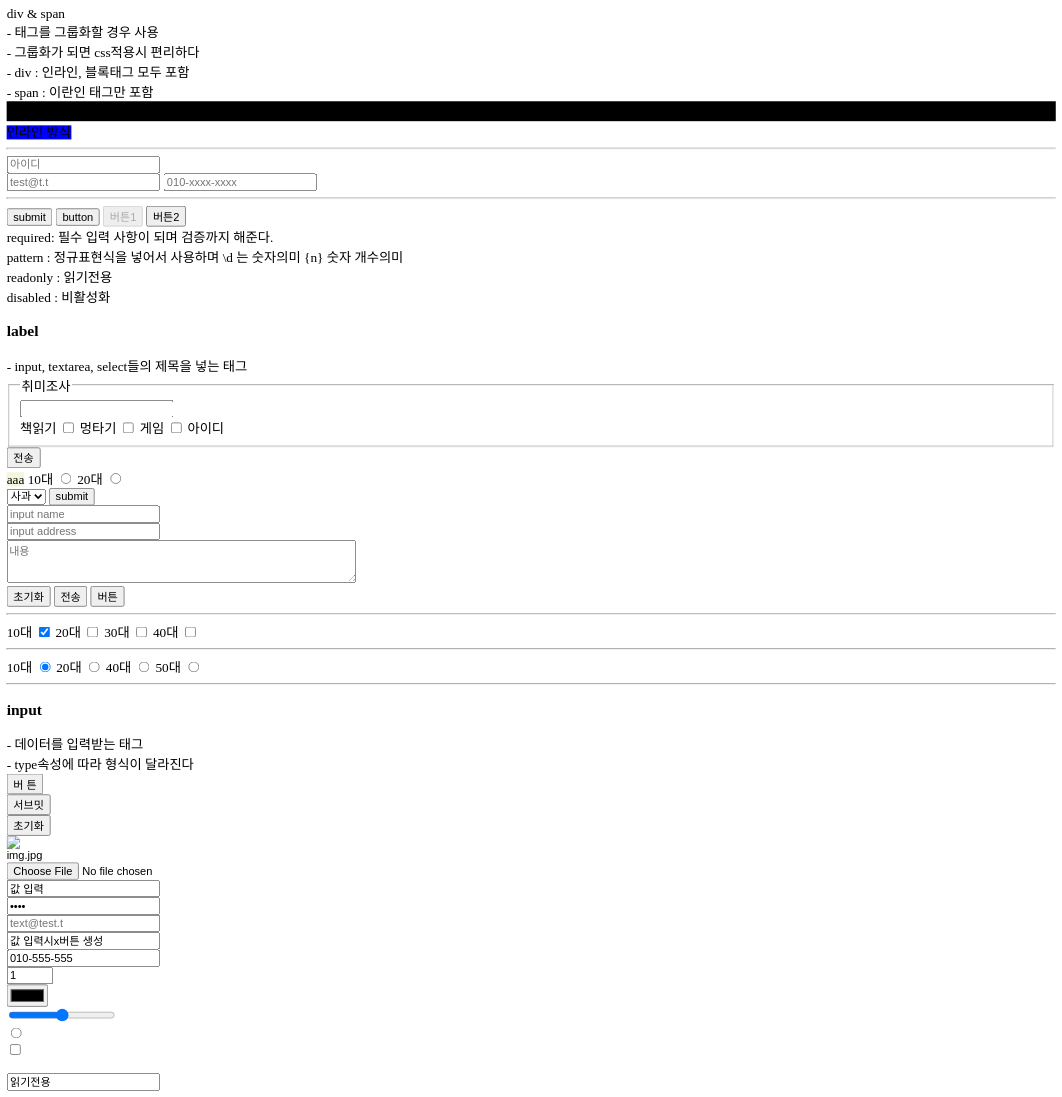
Repository: cleangggg/front
Page: html/ex09.html
An editor plug-in stored every save of this project. The page is shown before and after the next save, followed by the edit.
The browser window is 1280 px wide. The pictures show the whole page, at 83% of full size.

Above is the page before, as saved 2023-05-23 04:24:00.

After the next save:
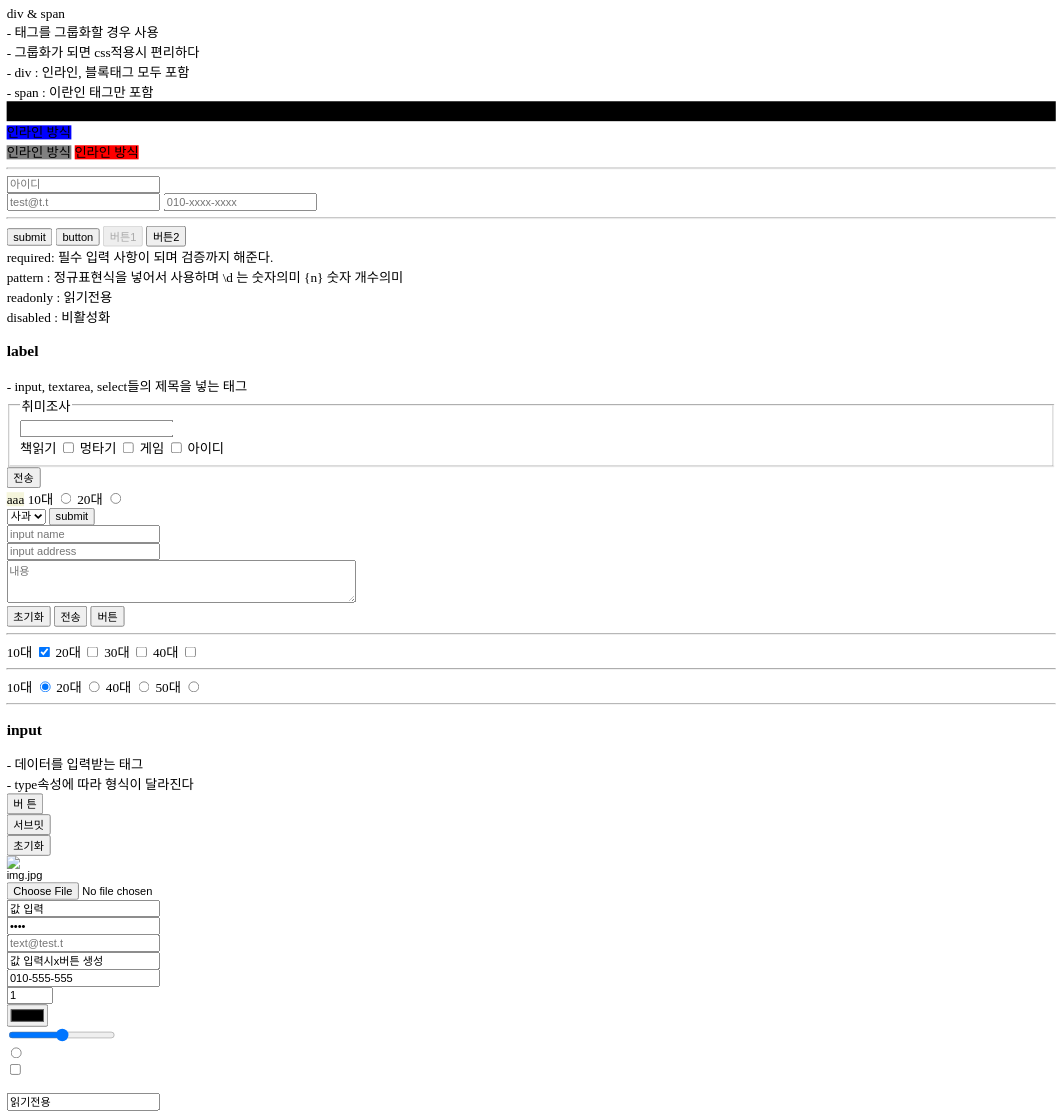
Saved 119 s later.
--- a/html/ex09.html
+++ b/html/ex09.html
@@ -12,6 +12,12 @@
 	- span : 이란인 태그만 포함 <br>
 <div style="background:black">블록</div>
 <span style="background:blue">인라인 방식</span>
+<div style="backround: aqua;">
+	<span style="background: gray;">인라인 방식</span>
+	<span style="background: red;">인라인 방식</span>
+
+</div>
+
 <hr>
 <form>
 	<input type="text" placeholder ="아이디" required ="required"><br>
